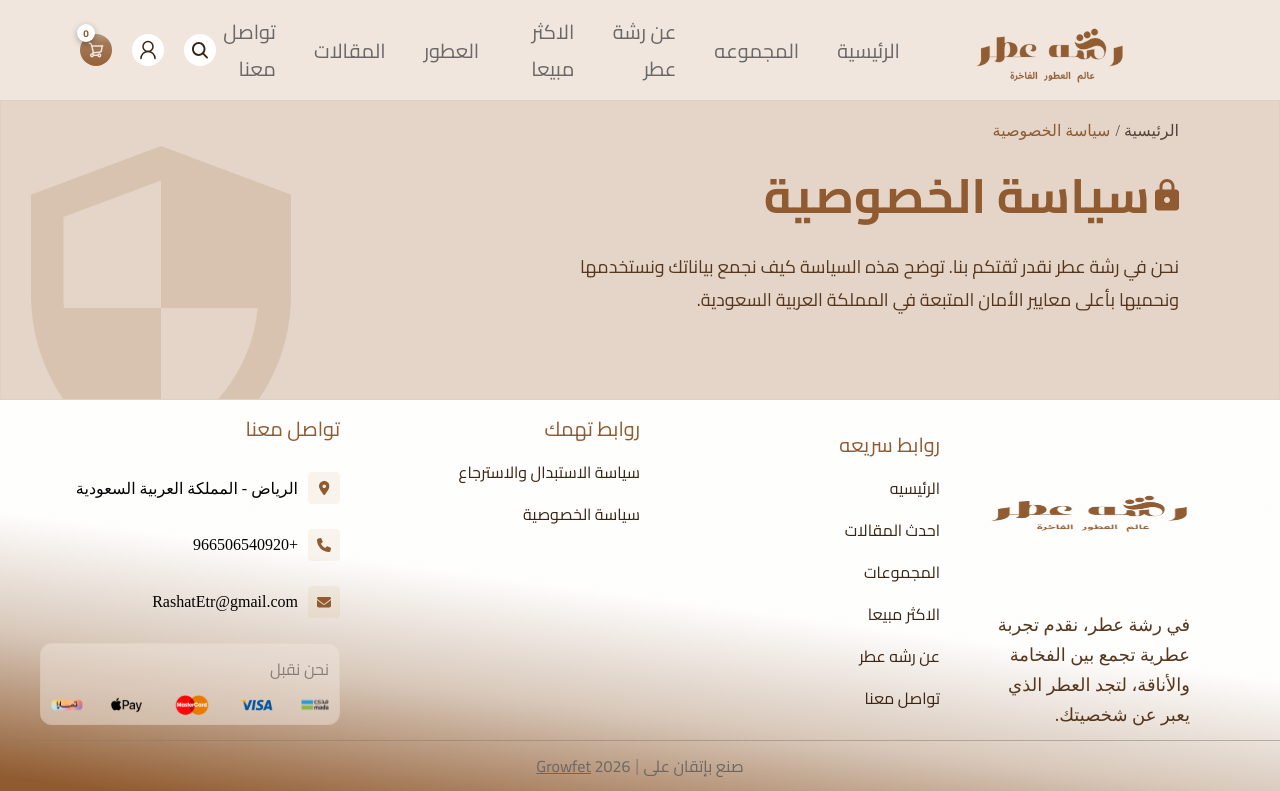
Repository: mahmoudesh74/rashet-3tr
Page: /PrivacyPolicyPage
An editor plug-in stored every save of this project. The page is shown before and after the next save, followed by the edit.
The browser window is 1280 px wide. The pictures show the whole page.
Some web fonts or font styles are not loaded; a fallback is used. The project was rebuilt for these pictures with package versions that can differ from the ones it lists, and the page was loaded fresh each time. Also part of the build but not shown: vite.config.js, src/App.css, src/components/HeaderSection/Header.css, src/components/HeaderSection/Header.jsx, src/components/GroupSection/GroupSection.css, src/components/GroupSection/GroupSection.jsx, src/components/AboutSection/AboutSection.css, src/components/AboutSection/AboutSection.jsx and 17 more. Imported but missing from the stored project, and not drawn on this page: src/assets/vedio.mp4.

Above is the page before, as saved 2026-09-23 11:22:39.

After the next save:
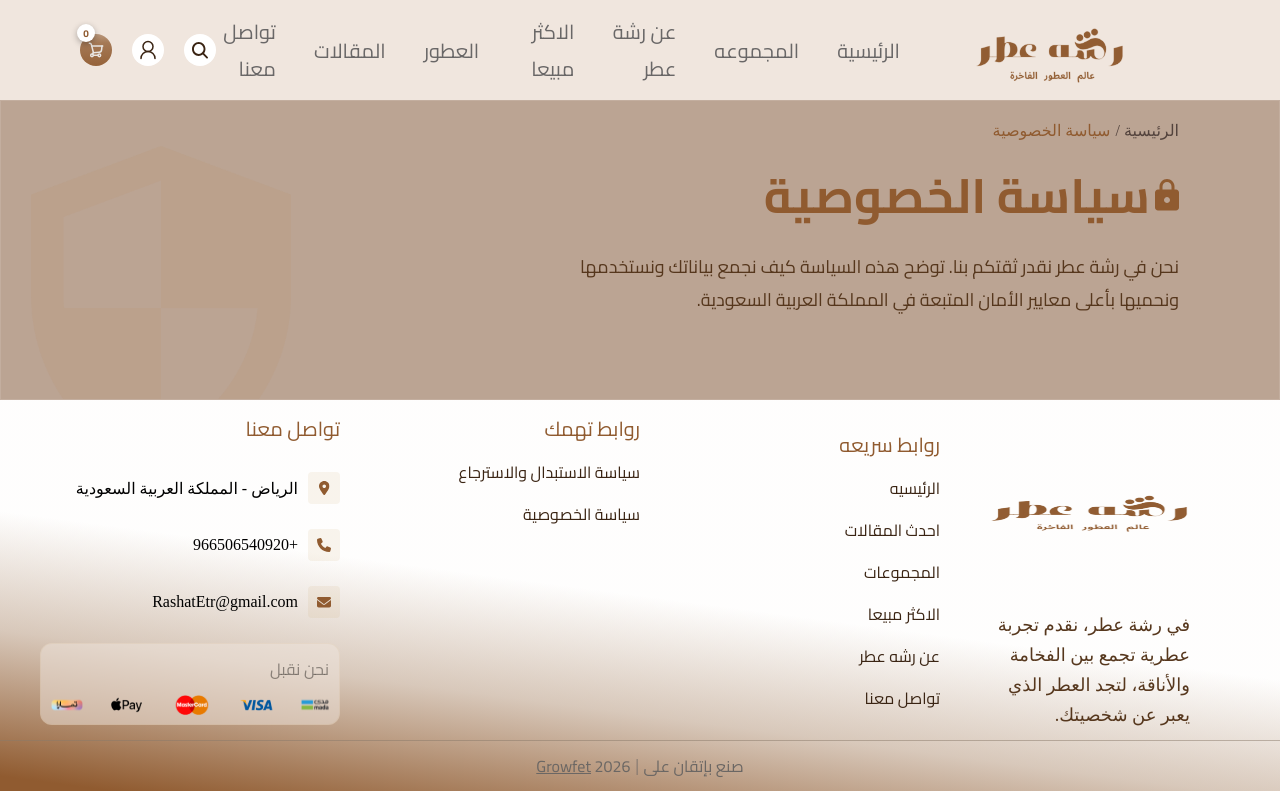
Saved 42 s later.
--- a/src/pages/PrivacyPolicy/privacyPolicy.css
+++ b/src/pages/PrivacyPolicy/privacyPolicy.css
@@ -13,8 +13,9 @@
     display: flex;
     flex-direction: column;
 
-   background: linear-gradient(0deg, #E4D5C8, #E4D5C8),
-linear-gradient(90deg, #905B30 30%, #E4D5C8 58.24%);
+background:
+  linear-gradient(0deg, #BBA493, #BBA493),
+  linear-gradient(90deg, #633817 30%, #BBA493 58.24%);
 
 border: 1px solid #D5C3B84D;
 }

After the save that followed:
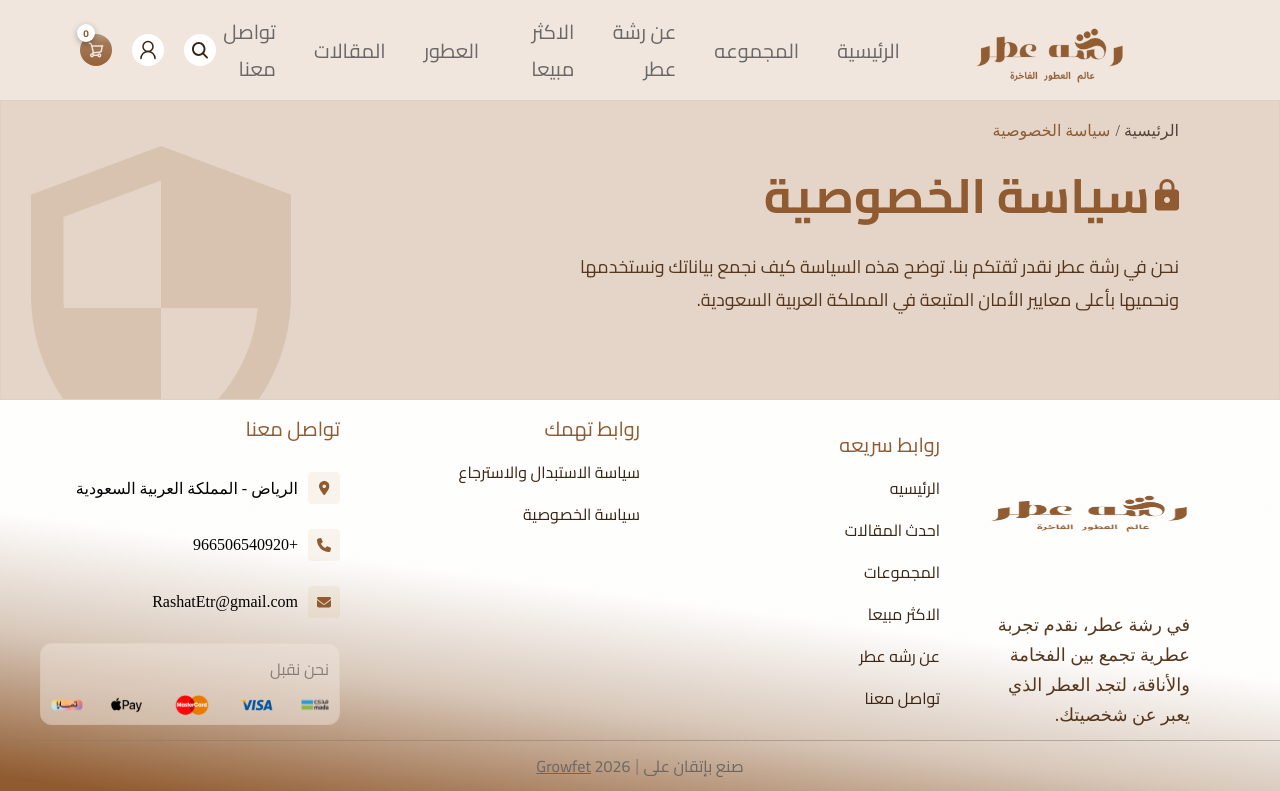
Saved 14 s later.
--- a/src/pages/PrivacyPolicy/privacyPolicy.css
+++ b/src/pages/PrivacyPolicy/privacyPolicy.css
@@ -13,9 +13,8 @@
     display: flex;
     flex-direction: column;
 
-background:
-  linear-gradient(0deg, #BBA493, #BBA493),
-  linear-gradient(90deg, #633817 30%, #BBA493 58.24%);
+   background: linear-gradient(0deg, #E4D5C8, #E4D5C8),
+linear-gradient(90deg, #905B30 30%, #E4D5C8 58.24%);
 
 border: 1px solid #D5C3B84D;
 }
